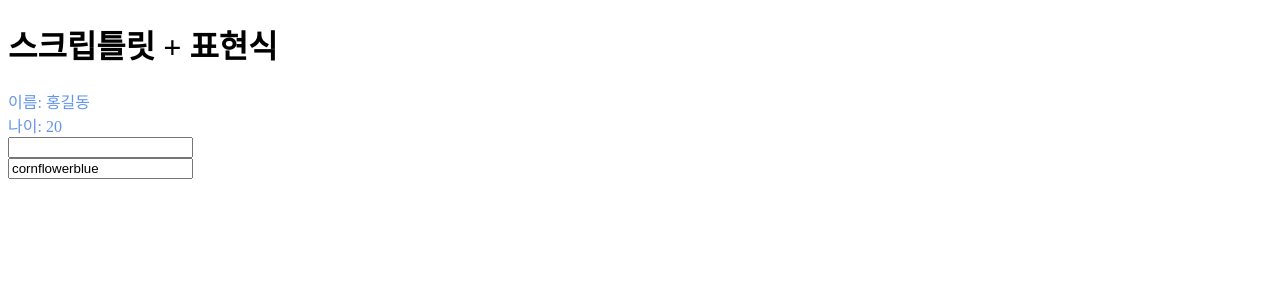
Repository: sujin9335/sever
Page: http://localhost/JSPTest/ex05.jsp
An editor plug-in stored every save of this project. The page is shown before and after the next save, followed by the edit.
The browser window is 1280 px wide. The pictures show the whole page.
The page is served by Tomcat 9.

Above is the page before, as saved 2023-10-17 05:45:29.

### JSPTest/src/main/webapp/ex05.jsp
<%@ page language="java" contentType="text/html; charset=UTF-8"
    pageEncoding="UTF-8"%>
<%

	String name="홍길동";
	int age=20;
	String txt="<input type='text'>";

	String color="cornflowerblue";



%>
<!DOCTYPE html>
<html>
<head>
<meta charset="UTF-8">
<title>Insert title here</title>
<style>
	div {
		color: <%= color %>;
	}

</style>

</head>
<body>
	<h1>스크립틀릿 + 표현식</h1>

	<div>이름: <%= name %> </div>
	<div>나이: <%= age %></div>
	<div><%= txt %></div>
	<div><input type="text" value="<%= color %>"></div>

</body>
</html>

After the next save:
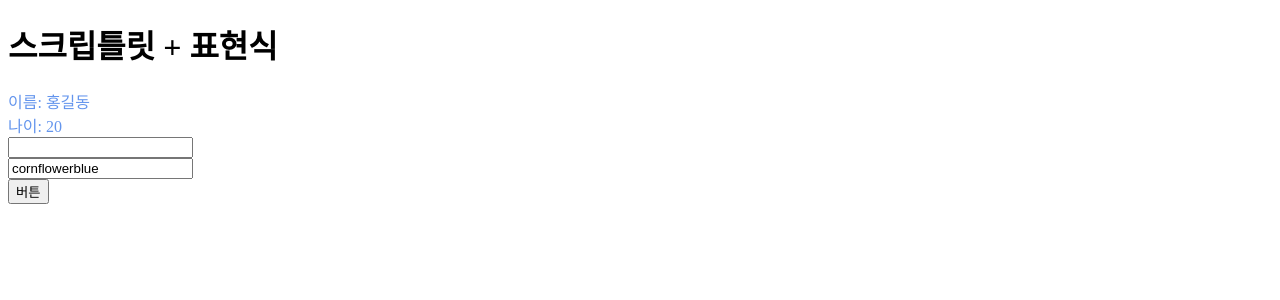
Saved 3 min 5 s later.
--- a/JSPTest/src/main/webapp/ex05.jsp
+++ b/JSPTest/src/main/webapp/ex05.jsp
@@ -32,5 +32,15 @@
 	<div><%= txt %></div>
 	<div><input type="text" value="<%= color %>"></div>
 
+	<input type="button" value="버튼" id="btn1">
+
+	<script>
+		document.getElementById('btn1').onclick = function() {
+			alert('<%= color %>');
+		};
+
+	</script>
+
+
 </body>
 </html>
